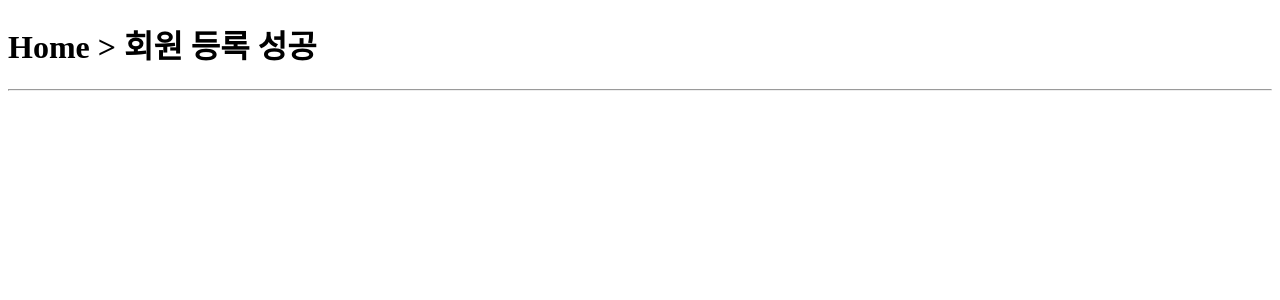
Repository: jodawoon/JSP
Page: http://localhost/jsp/signupSuccess.jsp
These files come from the project's save history. The page is drawn as it stood at one moment and after the next save; the edit follows.
The browser window is 1280 px wide. The pictures show the whole page.
The page is served by Tomcat 9.

Above is the page before, as saved 2022-12-05 00:37:42.

After the next save:
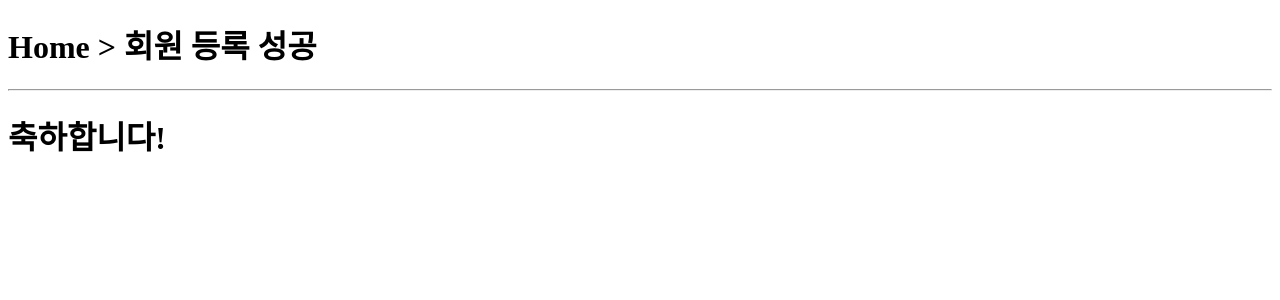
Saved 15 s later.
--- a/jsp/WebContent/signupSuccess.jsp
+++ b/jsp/WebContent/signupSuccess.jsp
@@ -10,5 +10,6 @@
 	<h1>Home > 회원 등록 성공</h1>
 	<hr>
 
+	<h1>축하합니다!</h1>
 </body>
 </html>
